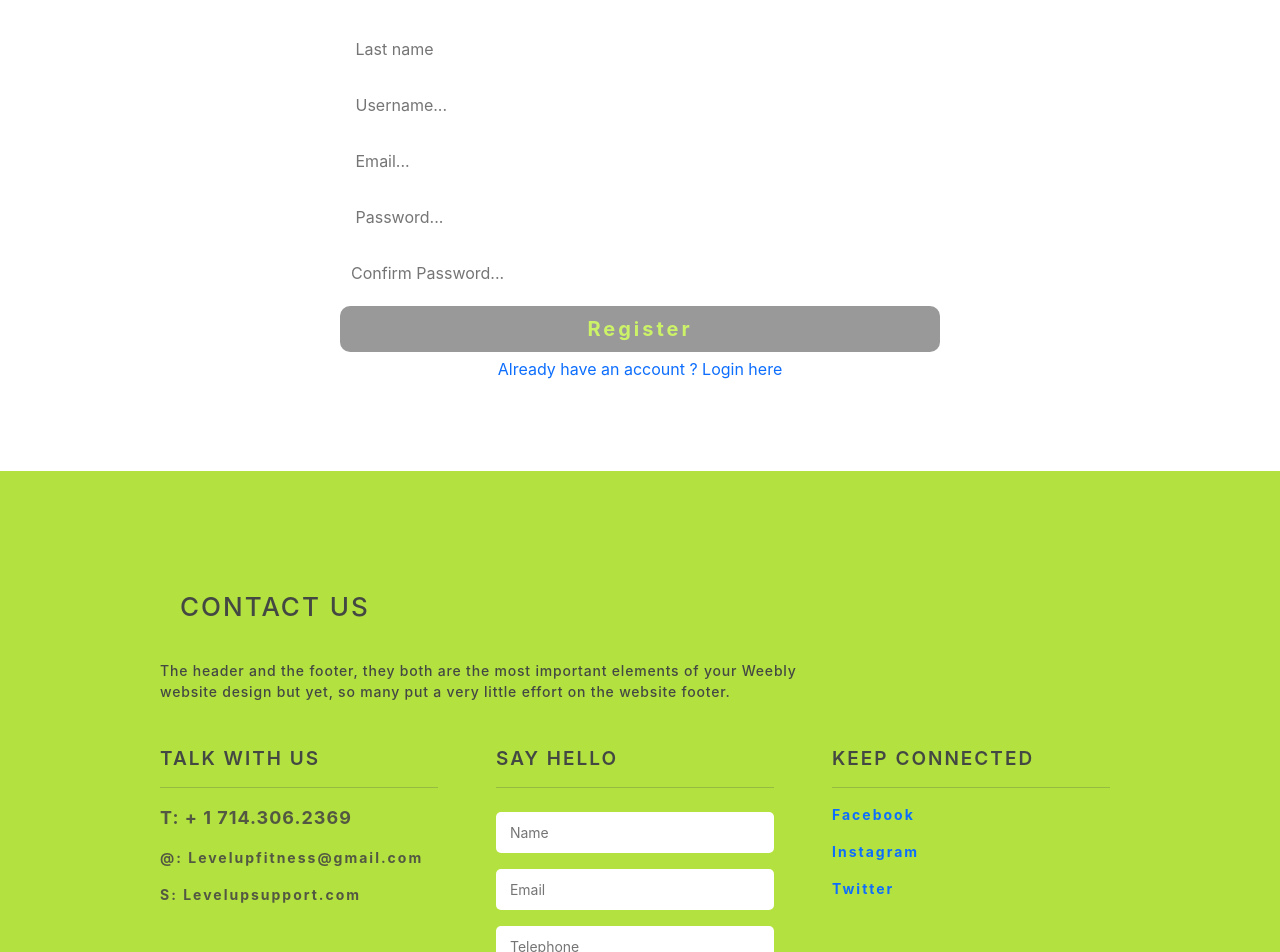
Repository: Bojurie/Level-up
Page: /register (app in client/)
The author's editor kept a copy of each file at every save. The page is drawn from the files as they stood at one save, then again after the next save.
The browser window is 1280 px wide. The pictures show the part of the page from y = 575 to 1527 px (the page is 1843 px tall before and 1787 px after).
Some web fonts or font styles are not loaded; a fallback is used. Some web libraries are served in a nearby version. The project was rebuilt for these pictures with package versions that can differ from the ones it lists, and the page was loaded fresh each time. Also part of the build but not shown: client/src/components/Carousel.css, client/src/components/Carousel.js, client/src/components/BlogIist.js, client/src/components/HomeVlog.css, client/src/components/HomeVlog.js, client/src/components/homeProducts.css, client/src/components/HomeProducts.js, client/src/components/Card.js and 14 more.

Above is the page before, as saved 2022-12-03 12:57:11.

### client/public/index.html
<!DOCTYPE html>
<html lang="en">
  <head>
    <meta charset="utf-8" />
    <link rel="icon" href="%PUBLIC_URL%/favicon.ico" />
    <meta name="viewport" content="width=device-width, initial-scale=1" />
    <meta name="theme-color" content="#000000" />
    <meta
      name="description"
      content="Web site created using create-react-app"
    />
    <link rel="apple-touch-icon" href="%PUBLIC_URL%/logo192.png" />
    <link rel="manifest" href="%PUBLIC_URL%/manifest.json" />

    <link rel="preconnect" href="https://fonts.googleapis.com" />
    <link rel="preconnect" href="https://fonts.gstatic.com" crossorigin />
    <link
      href="https://fonts.googleapis.com/css2?family=Asap+Condensed:ital,wght@0,400;0,500;1,400&family=Chivo:wght@300;400&family=Jura:wght@300;400;500;600;700&family=Lato:ital,wght@0,400;0,700;1,400&family=Nunito+Sans:wght@400;600&family=Oswald:wght@300;500;700&family=Playball&family=Roboto:ital,wght@0,400;0,500;1,500&family=Wallpoet&display=swap"
      rel="stylesheet"
    />

    <link
      rel="stylesheet"
      href="https://cdn.jsdelivr.net/npm/bootstrap@5.1.3/dist/css/bootstrap.min.css"
      integrity="sha384-1BmE4kWBq78iYhFldvKuhfTAU6auU8tT94WrHftjDbrCEXSU1oBoqyl2QvZ6jIW3"
      crossorigin="anonymous"
    />
    <script
      src="https://kit.fontawesome.com/5ffdb52964.js"
      crossorigin="anonymous"
    ></script>
    <title>React App</title>
    <script
      src="https://kit.fontawesome.com/5ffdb52964.js"
      crossorigin="anonymous"
    ></script>
  </head>
  <body>
    <noscript>You need to enable JavaScript to run this app.</noscript>
    <div id="root"></div>
    <!--
      This HTML file is a template.
      If you open it directly in the browser, you will see an empty page.

      You can add webfonts, meta tags, or analytics to this file.
      The build step will place the bundled scripts into the <body> tag.

      To begin the development, run `npm start` or `yarn start`.
      To create a production bundle, use `npm run build` or `yarn build`.
    -->
  </body>
</html>

### client/src/App.js
import React from 'react';
// import { BrowserRouter as Router, Route, Routes } from 'react-router-dom';
import { BrowserRouter as Router, Route, Routes} from 'react-router-dom'


import Home from './pages/Home';
import About from './pages/About';
import Shop from './pages/Shop';
import Contact from './pages/Contact';
import Navbar from './components/Navbar';
import Footer from './components/Footer';
import LogIn from './pages/LogIn';
import Register from './pages/Register';
// import Chart from './components/Chart';
import Vlog from './pages/Vlog';

import {DataProvider} from './components/Context'


function App() {

  return (
        <Router>
          <DataProvider>
          <Navbar />
          <Routes>
              <Route path='/' element={<Home />} />
              <Route path='/about' element={<About />} />
              <Route path='/contact' element={<Contact />} />
              <Route path='/shop' element={<Shop />} />
              <Route path='/vlog' element={<Vlog />} />
              <Route path='/login' element={<LogIn/>} />
              <Route path='/register' element={<Register />} />
              {/* <Route path='/chart' element={<Chart/>} /> */}
          </Routes>
          <Footer />
          </DataProvider>
        </Router>
  );
}

export default App;

### client/src/components/Navbar.js
import React from 'react';
import { Link } from 'react-router-dom';

import './Navbar.css'
import Logo from '../images/Logo.png'



const Navbar = () => {
  return (
    <nav className='navbar'>
      <div className='navbar-wrapper'>
        <Link to='/' className='logo'>
            <img src={Logo} alt='logo' />
        </Link>
        <ul className='navbar-links'>
            <Link to='/' >Home </Link>
            <Link to='/shop'> Shop</Link>
            <Link to='/Vlog'> V-Log</Link>
            <Link to='/about'> About</Link>
            <Link to='/contact'> Contact</Link>
            <Link to='/login'> Login </Link>
            <Link to='/register'>SignUp</Link>
            <Link to='/chart'><i class="fa-solid fa-cart-shopping"></i></Link>

        </ul>
      </div>

    </nav>
  );
}

export default Navbar;

### client/src/components/Footer.js
import React from 'react';
import { Link } from 'react-router-dom';
  import { FontAwesomeIcon } from '@fortawesome/react-fontawesome'
  import { instagram } from '@fortawesome/free-solid-svg-icons'

import './Footer.css';

const Footer = () => {
  return (
    <div className='footer'>
      <div className='footer-wrapper'>
        <div className='footer-header-wrapper'>
          <div className='footer-header'>
            <h1>Contact Us</h1>
          </div>
          <div className='footer-paragraph'>
            <p>The header and the footer, they both are the most important elements of your Weebly website design but yet, so many put a very little effort on the website footer.</p>
          </div>

        </div>
        <div className='footer-nav-content'>
            <div className='footer-navs-left'>
              <h3>Talk With Us</h3><hr/>
              <div className='footer-contact'>
                <div className='tel'>
                  <p>T: + 1 714.306.2369</p>
                </div>
                <div className='email'>
                  <p>@: Levelupfitness@gmail.com</p>
                </div>
                <div className='support'>
                  <p>S: Levelupsupport.com</p>
                </div>

              </div>

            </div>
            <div className='footer-navs-middle'>
                <h3>Say Hello</h3><hr/>
              <div className='footer-form'>

                  <form className='form'>
                    <input type='text' placeholder=' Name' />
                    <input type='text' placeholder=' Email' />
                    <input type='text' placeholder=' Telephone' />
                    <textarea placeholder='Message...' />
                  </form>
                  <div className='form-btn'>
                    <input type='submit' placeholder='' />
                  </div>

              </div>
            </div>
            <div className='footer-navs-right'>
              <h3>Keep Connected</h3><hr/>
              <div className='social-media'>
                <p><Link to='/'>Facebook</Link></p>
                <p><Link to='/'><FontAwesomeIcon icon="fa-brands fa-instagram" /> Instagram</Link></p>
                <p><Link to='/'>Twitter</Link></p>

              </div>

            </div>
        </div>


      </div>
    </div>
  );
}

export default Footer;

### client/src/pages/Register.js
import React from 'react';
import RegisterForm from '../components/auth/registerForm';
import { FormTitle } from '../components/FormTitle';

const Register = () => {
  return (
    <div className='register'>
        <FormTitle className="RegisterForm-title" text="Register " />
        <div className='register-wrapper'>
            <div className=''>
              <RegisterForm />
            </div>
        </div>

    </div>
  );
}

export default Register;

### client/src/pages/About.css
.aboutContainer h1 {
  text-transform: uppercase;
  font-weight: bold;
  letter-spacing: 2px;
  padding: 50px 0;
}

.aboutContainer {
  padding: 40px 160px;
}

.aboutParagraph p {
  letter-spacing: 1px;
  line-height: 30px;
  font-weight: 500;
}

.AboutUs-content {
  display: flex;
}

.AboutHistory,
.AboutGoal,
.Aboutproduct {
    margin: 0 10px;
    background-color: rgb(229, 228, 228);
}

.history-img {
  max-width: 100%;
}
.history-img img{
  width: 100%;
}

.history-content {
  padding: 10px 0;
}
.history-content p, h1 {
  padding: 20px;
}
.history-content h1{
  font-size: 19px;
  padding: 20px
}

### client/src/components/FormTitle.js
import React from "react";
import './FormTitle.css';

export function FormTitle(props) {
  const { className, text } = props;
  return <h1 className={`${className} form-title`}>{text}</h1>;
}

### client/src/components/Navbar.css
.logo img {
  width: 250px;
}

.navbar {
  padding-top: 0;
  display: contents;
}

.navbar-wrapper {
  display: flex;
  /* justify-content: center; */
  align-items: center;
  height: 90px;
  background: #b3e140;
  padding: 0 50px;
  justify-content: space-between;
}

.navbar-links {
  margin-bottom: 0;
}

.navbar-links a {
  font-size: 14px;
  letter-spacing: 2px;
  font-weight: 700;
  text-transform: capitalize;
  margin: 0 10px;
  color: rgb(68, 72, 67);

}

a {
  list-style: none;
  text-decoration: none;
}

### client/src/components/Footer.css
.footer {
  background-color: #b3e140;
      font-size: 14px;
    letter-spacing: 2px;
    font-weight: 700;

    color: rgb(68, 72, 67);
}
.footer-header h1 {
 font-size: 26px;
 text-transform: uppercase;
 letter-spacing: 2px;
}

.footer-navs {
  text-decoration: none;
  list-style-type: none;

}
.footer-navs li{
  padding: 10px 0;
  letter-spacing: 1px;
  text-transform: uppercase;
  font-weight: 600;

}
.footer-wrapper {
  padding: 100px 160px;
}

.footer-contact {



}
.footer-nav-content p {
 color: #424141db;
}
.footer-contact > .tel p{
    font-size: 18px;
    letter-spacing: 1px;

}
.footer-contact > .email p{
    font-size: 14px;
    /* letter-spacing: 2px; */
}
.footer-contact > .support p{
    font-size: 14px;
    letter-spacing: 2px;
}
.footer-paragraph {
  width: 70%;
  letter-spacing: .8px;
  font-weight: 500;
  padding: 10px 0;
}
.footer-wrapper h3{
 text-transform: uppercase;
 letter-spacing: 2px;
 font-size: 19px;
 font-weight: 600;

}

.footer-nav-content {
  display: flex;
  justify-content: space-between;
}



.footer-navs-left,
.footer-navs-middle,
.footer-navs-right{

  padding: 20px 10px 0 0;
  border-radius: 10px;
}

.footer-form {
  background-color: none !important;
}

/* footer Left section */
.footer-navs-left {
  width: 30%;
}

/* footer Middle section */
.footer-navs-middle {
 width: 30%;
}

.form {
  display: grid;
}
.form input {
  padding: 10px ;
  margin: 8px 0;
  border-radius: 5px;
  border: none;
}
.form input:focus {
  border: none;
}

.form textarea {
   width: 100%;
  height: 150px;
  padding: 12px 20px;
  box-sizing: border-box;
  border: 2px solid #ccc;
  border-radius: 4px;
  background-color: #f8f8f8;
  font-size: 16px;
  resize: none;
}
.form input:active {

  border: 1px solid rgb(241, 234, 234);

}
.form-btn {

}
.form-btn input {
     padding: 5px 25px;
    margin: 5px 0;
    border-radius: 4px;
    background-color: #999999;
    border: 1px solid  #b3e140;
    color: #b3e140;
    letter-spacing: 1.1px;
    font-weight: 600;
    text-transform: uppercase;
}

.footer-navs-right {
  width: 30%;
}

### client/src/components/auth/registerForm.js
import React, { useState, useEffect } from 'react';
import { Link } from 'react-router-dom';
import axios from 'axios'
import './registerForm.css'

const RegisterForm = () => {
    const [firstName, setFirstName] = useState(null);
    const [lastName, setLastName] = useState(null);
    const [username, setUsername] = useState(null);
    const [email, setEmail] = useState(null);
    const [password,setPassword] = useState(null);
    const [confPassword,setConfPassword] = useState(null);
    const [user, newUser ] = useState([])


     const handleInputChange = (e) => {
        const {id , value} = e.target;
        if(id === "firstName"){
            setFirstName(value);
        }
        if(id === "lastName"){
            setLastName(value);
        }
        if(id === "username"){
            setUsername(value);
        }
        if(id === "email"){
            setEmail(value);
        }
        if(id === "password"){
            setPassword(value);
        }
        if(id === "confirmPassword"){
            setConfPassword(value);
        }

    }



     const handleSubmit  = () => {
      //  e.preventDefault();
    // get form data out of state
    const newUser = [{firstName: req.body.firstName,
        lastName: req.body.lastName,
        username: req.body.username,
        email: req.body.email,
        password: req.body.password,
       confPassword: req.body.confPassword}]
      axios.post('localhost:5001/auth/register', newUser)
        .then(res => console.log('Data Sent'))
        .catch(err => console.log(err.data))
     }


  return (
   <div className='registerForm'>
      <div className='registerForm-wrapper'>
          <div className='registerForm-header'>
            <h1 className='register-header'>Sign-Up Now</h1>
            <p>Thank you for retruning, Please login below to continue</p>
          </div>

          <form  method='post'  id='form'>
            <input type='text' name='firstName' id='firstName' placeholder=' First name ...' value={firstName} onChange = {(e) => handleInputChange(e)} required />
            <input type='text' name='lastName' id='lastName' placeholder=' Last name' value={lastName} onChange = {(e) => handleInputChange(e)} required />
            <input type='text' name='username' id='username' placeholder=' Username...' value={username} onChange = {(e) => handleInputChange(e)}  required />
            <input type='email' name='email' id='email' placeholder=' Email...' value={email} onChange = {(e) => handleInputChange(e)}  required />
            <input type='password' name='password' id='password' placeholder=' Password...' value={password} onChange = {(e) => handleInputChange(e)}  required />
            <input type='password' name='confPassword' id='confPassword' placeholder='Confirm Password...' value={confPassword} onChange = {(e) => handleInputChange(e)}  required />
            <div className='loginBtn'>
               <input type='submit' onClick={()=>handleSubmit()} value='Register'/>
            </div>
          </form>


          <Link to='/login'>Already have an account ? Login here</Link>


      </div>


   </div>
  )
}

export default RegisterForm;

### client/src/components/FormTitle.css
.form-title {
  font-size: 3rem;
  font-weight: 700;
  line-height: 2rem;
  margin: auto 0;
  color: white;
  background-image: url('https://images.unsplash.com/photo-1581397867105-8c988bd747e6?ixlib=rb-4.0.3&ixid=MnwxMjA3fDB8MHxwaG90by1wYWdlfHx8fGVufDB8fHx8&auto=format&fit=crop&w=1170&q=80') ;
    background-repeat: no-repeat;
  background-position: center;
  background-size: cover;
  padding: 7rem 0 7rem 10rem;
  letter-spacing: 5px;
  text-transform: uppercase;
  display: flex;
  justify-content: flex-start;

}
.form-title h1{


}


.shopForm-title {
 font-size: 3rem;
  font-weight: 700;
  line-height: 2rem;
  letter-spacing: 5px;
  text-transform: uppercase;
  display: flex;
  margin: auto 0;
   background-image: url('https://images.unsplash.com/photo-1581397867105-8c988bd747e6?ixlib=rb-4.0.3&ixid=MnwxMjA3fDB8MHxwaG90by1wYWdlfHx8fGVufDB8fHx8&auto=format&fit=crop&w=1170&q=80') ;
    background-repeat: no-repeat;
  background-position: center;
  background-size: cover;

  padding: 7rem 0 7rem 10rem;
  justify-content: flex-start;

}
.FormTitleLogin-title {
  font-size: 3rem;
  font-weight: 700;
  line-height: 2rem;
  padding: 6rem 0;
  letter-spacing: 5px;
  text-transform: uppercase;
  display: flex;
  justify-content: center;
  margin: auto 0;
   background-image: url('https://images.unsplash.com/photo-1609770231080-e321deccc34c?ixlib=rb-4.0.3&ixid=MnwxMjA3fDB8MHxwaG90by1wYWdlfHx8fGVufDB8fHx8&auto=format&fit=crop&w=765&q=80') ;
    background-repeat: no-repeat;
  background-position: center;
  background-size: cover;

}
.ContactForm-title {
 /* font-size: 3rem;
  font-weight: 700;
  line-height: 2rem;
  text-transform: uppercase; */
  display: flex;
  margin: auto 0;
   background-image: url('https://images.unsplash.com/photo-1587560699334-bea93391dcef?ixlib=rb-4.0.3&ixid=MnwxMjA3fDB8MHxwaG90by1wYWdlfHx8fGVufDB8fHx8&auto=format&fit=crop&w=1170&q=80') ;
    background-repeat: no-repeat;

 padding: 7rem 0 7rem 10rem;
  letter-spacing: 5px;
  justify-content: flex-start;

}
.RegisterForm-title {
  font-size: 3rem;
  font-weight: 700;
  line-height: 2rem;
  padding: 6rem 0;
  letter-spacing: 5px;
  text-transform: uppercase;
  display: flex;
  justify-content: center;
  margin: auto 0;
   background-image: url('https://images.unsplash.com/photo-1563906267088-b029e7101114?ixlib=rb-4.0.3&ixid=MnwxMjA3fDB8MHxwaG90by1wYWdlfHx8fGVufDB8fHx8&auto=format&fit=crop&w=1170&q=80') ;
    background-repeat: no-repeat;
  /* background-position: bottom; */
  /* background-size: cover; */
    /* background-attachment: */


}
.VlogForm_title h1{


}
.VlogForm_title {
  /* font-size: 3rem;
  font-weight: 700;
  line-height: 2rem; */
  padding: 7rem 0 7rem 10rem;
  letter-spacing: 5px;
  text-transform: uppercase;
  display: flex;
  justify-content: flex-start;
  margin: auto 0;
   background-image: url('https://images.unsplash.com/photo-1440778303588-435521a205bc?ixlib=rb-4.0.3&ixid=MnwxMjA3fDB8MHxwaG90by1wYWdlfHx8fGVufDB8fHx8&auto=format&fit=crop&w=1470&q=80') ;
    background-repeat: no-repeat;
  background-position: center;
  background-size: cover;

}

@media screen and (max-width: 414px) {
  .form-title {
    padding: 4rem 1rem;

  }

}

### client/src/components/auth/LoginForm.css
.loginForm-wrapper {
  text-align: center;
    justify-content: center;
    width: 600px;
    margin: auto;
    padding: 90px 0;

}
.login-header {
  text-transform: uppercase;
  letter-spacing: 2px;
  font-weight: 600;
}


form {
  display: grid;
}

.loginForm-header {
  font-size: 20px;
}

.loging
form input {
  margin: 5px 0;
  padding: 10px;
  border-radius: 10px;
  border: 1px solid white;
  background-color: rgba(243, 247, 255, 0.715) !important;
}
form input:focus{
  border: 2px solid green;
}
form > .loginBtn > input{
  padding: 8px;
  width: 100%;
  background-color:#999999!important;
  color: #ccf368;
  font-weight: 700;
  border: none;
  margin:5px 0 ;
  font-size: 20px;
  letter-spacing: 3px;
}

### client/src/components/auth/registerForm.css

.registerForm-wrapper {
  text-align: center;
    justify-content: center;
    width: 600px;
    margin: auto;
    padding: 90px 0;

}
.login-header {
  text-transform: uppercase;
  letter-spacing: 2px;
  font-weight: 600;
}


form {
  display: grid;
}

.loginForm-header {
  font-size: 20px;
}

.register
form input {
  margin: 5px 0;
  padding: 10px;
  border-radius: 10px;
  border: 1px solid white;

}
form input:focus{
  border: 2px solid green;
}
form > .loginBtn > input{
  padding: 8px;
  width: 100%;
  background-color: #b3e140 !;
  border: none;
  margin:5px 0 ;
}

Loaded but not shown: client/src/index.js (common file); client/src/index.css (common file); client/src/components/Context.js (77 lines, source omitted); client/src/components/BlogList.css (no stored copy; drawn as an empty file)

After the next save:
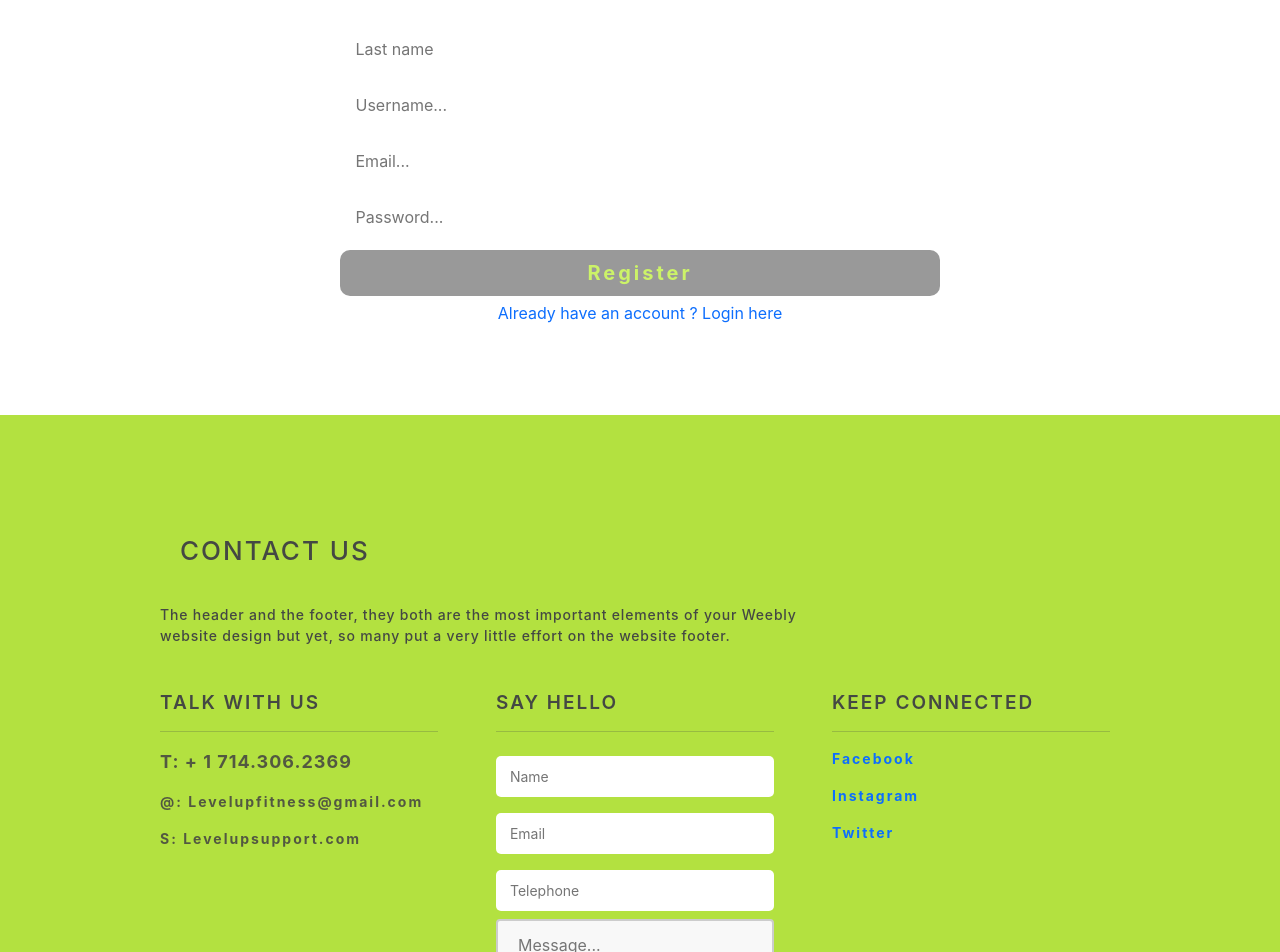
Saved 117 min 58 s later.
--- a/client/src/components/auth/registerForm.js
+++ b/client/src/components/auth/registerForm.js
@@ -9,7 +9,6 @@ const RegisterForm = () => {
     const [username, setUsername] = useState(null);
     const [email, setEmail] = useState(null);
     const [password,setPassword] = useState(null);
-    const [confPassword,setConfPassword] = useState(null);
     const [user, newUser ] = useState([])
 
 
@@ -30,9 +29,6 @@ const RegisterForm = () => {
         if(id === "password"){
             setPassword(value);
         }
-        if(id === "confirmPassword"){
-            setConfPassword(value);
-        }
 
     }
 
@@ -41,12 +37,15 @@ const RegisterForm = () => {
      const handleSubmit  = () => {
       //  e.preventDefault();
     // get form data out of state
-    const newUser = [{firstName: req.body.firstName,
+    const newUser = [
+        {
+        firstName: req.body.firstName,
         lastName: req.body.lastName,
         username: req.body.username,
         email: req.body.email,
         password: req.body.password,
-       confPassword: req.body.confPassword}]
+       }
+]
       axios.post('localhost:5001/auth/register', newUser)
         .then(res => console.log('Data Sent'))
         .catch(err => console.log(err.data))
@@ -67,7 +66,6 @@ const RegisterForm = () => {
             <input type='text' name='username' id='username' placeholder=' Username...' value={username} onChange = {(e) => handleInputChange(e)}  required />
             <input type='email' name='email' id='email' placeholder=' Email...' value={email} onChange = {(e) => handleInputChange(e)}  required />
             <input type='password' name='password' id='password' placeholder=' Password...' value={password} onChange = {(e) => handleInputChange(e)}  required />
-            <input type='password' name='confPassword' id='confPassword' placeholder='Confirm Password...' value={confPassword} onChange = {(e) => handleInputChange(e)}  required />
             <div className='loginBtn'>
                <input type='submit' onClick={()=>handleSubmit()} value='Register'/>
             </div>
